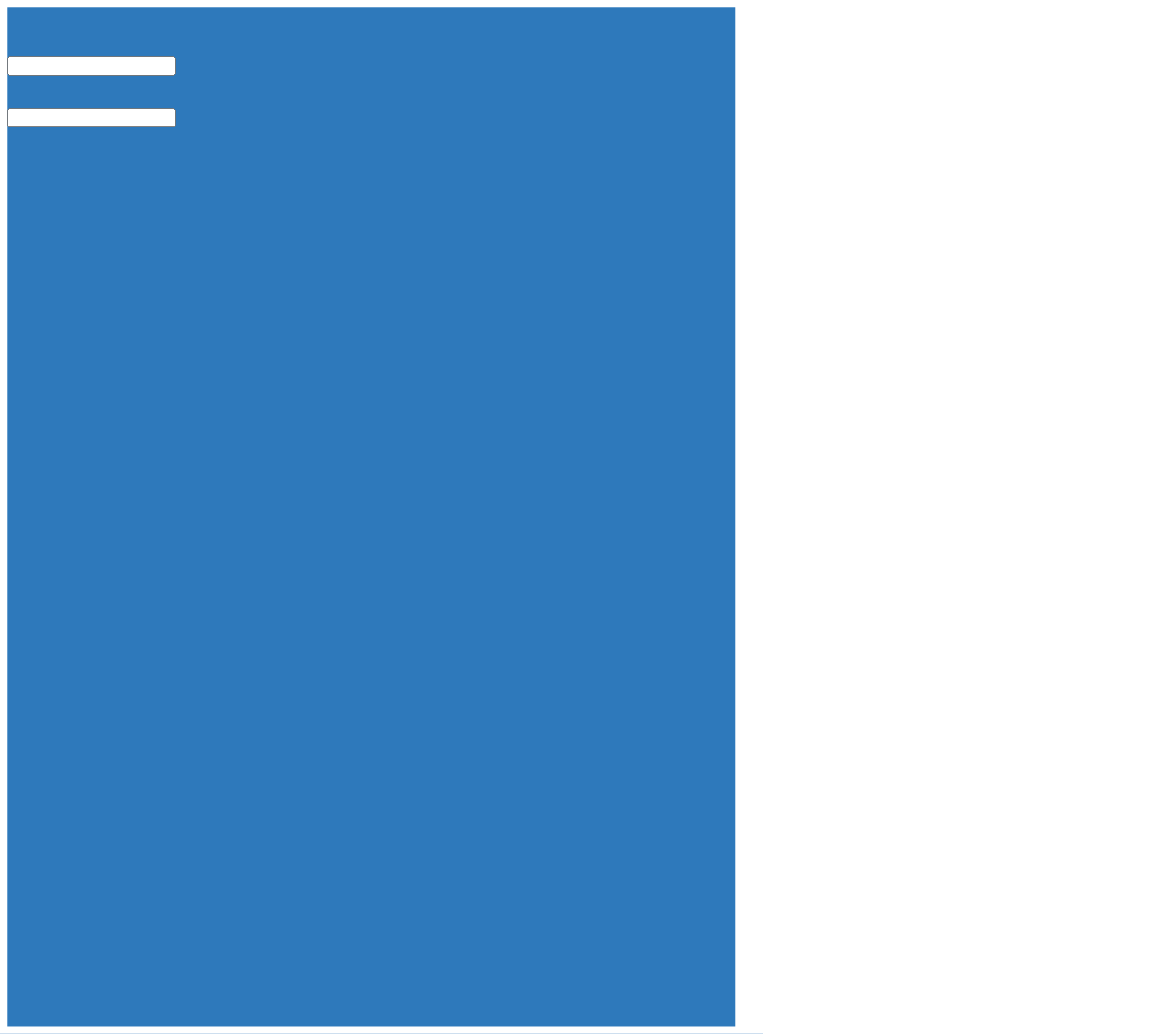
Repository: rkrukshan/Glass_Login_CSS
Page: loginform.html
These files come from the project's save history. The page is drawn as it stood at one moment and after the next save; the edit follows.
The browser window is 1280 px wide. The pictures show the whole page, at 91% of full size.

Above is the page before, as saved 2023-10-02 22:40:49.

### loginform.html
<!DOCTYPE html>
<html lang="en">

<head>
    <style>
        form
        {
            background-color: rgb(46, 121, 187);
            width: 50rem;
            height: 70rem;

        }
    </style>
    <meta charset="UTF-8">
    <meta name="viewport" content="width=device-width, initial-scale=1.0">
    <title>Document</title>
</head>

<body>
    <form action="">
        <br><br><br>
        <label for=""></label>
        <input type="text" name="" id=""><br><br><br>
        <label for=""></label>
        <input type="password" name="" id="">
    </form>
</body>

</html>

After the next save:
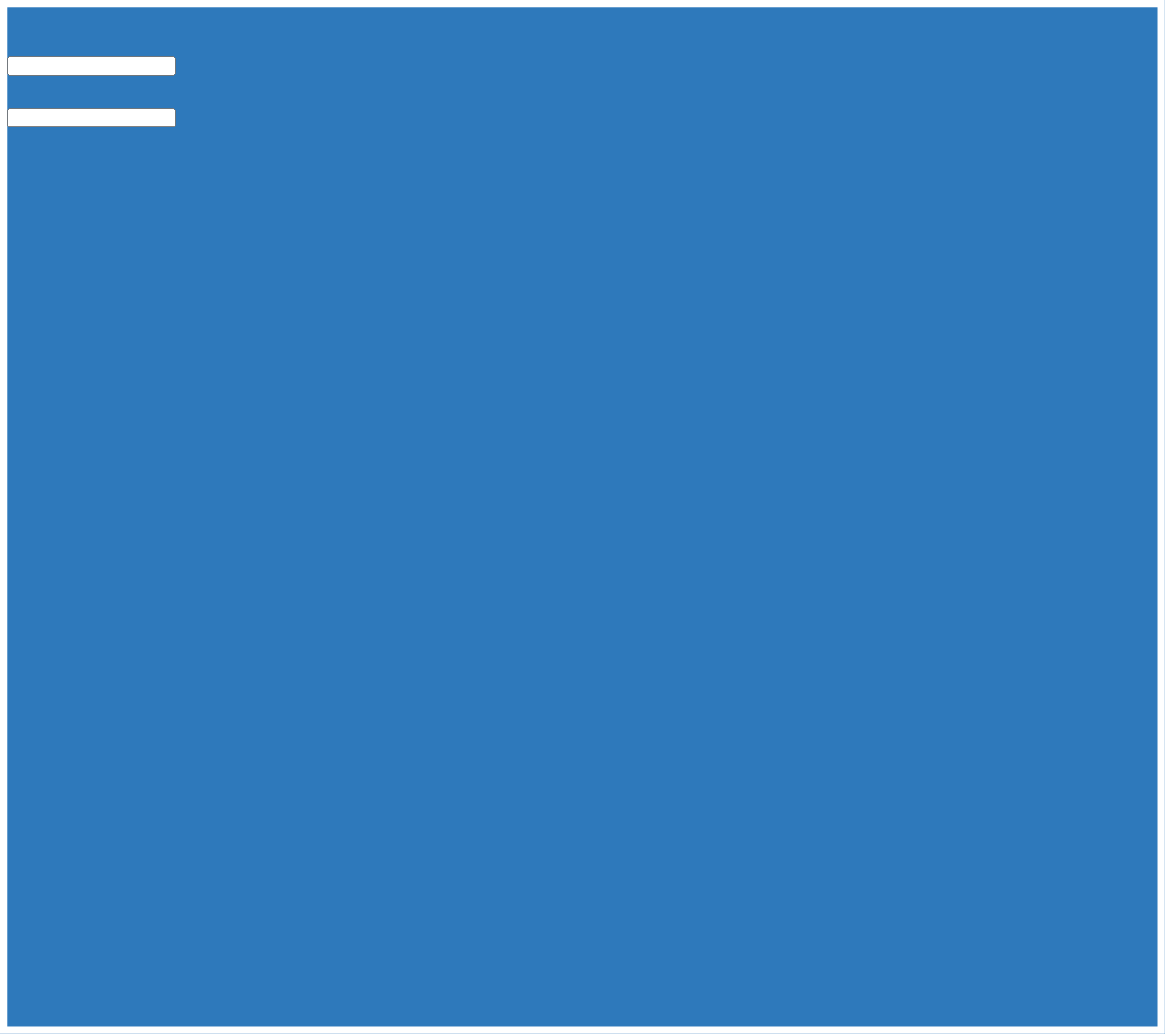
Saved 11 s later.
--- a/loginform.html
+++ b/loginform.html
@@ -6,7 +6,7 @@
         form
         {
             background-color: rgb(46, 121, 187);
-            width: 50rem;
+            width: 41;
             height: 70rem;
 
         }
